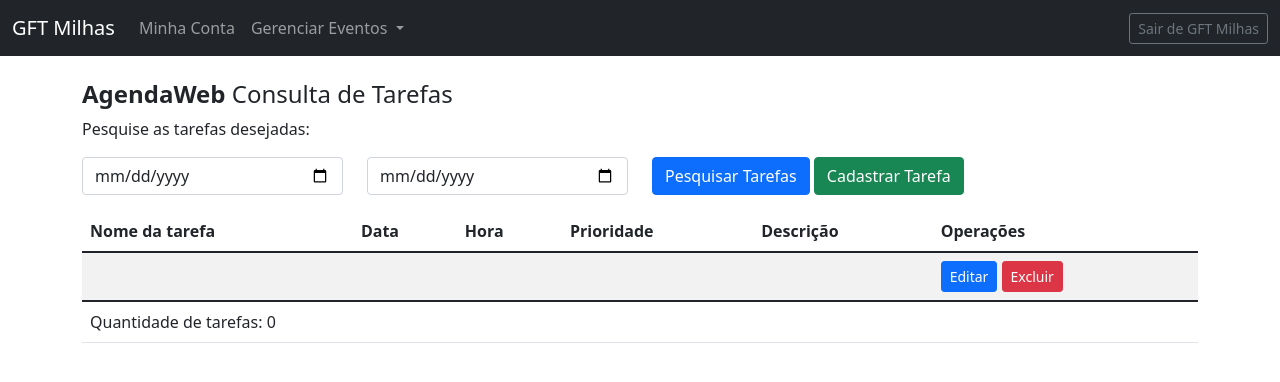
Repository: thamaraamaral/desafio_mvc1
Page: http://localhost/gft-milhas/WEB-INF/views/eventos-consulta.jsp
These files come from the project's save history. The page is drawn as it stood at one moment and after the next save; the edit follows.
The browser window is 1280 px wide. The pictures show the whole page.
The page is served by Tomcat 9. Nobody is signed in. Other server files are loaded and not shown. The template is opened directly, without the code that normally fills it, so the values that code supplies are empty.

Above is the page before, as saved 2022-10-29 14:46:21.

### gft-milhas/src/main/webapp/WEB-INF/views/eventos-consulta.jsp
<%@ page language="java" contentType="text/html; charset=ISO-8859-1"
	pageEncoding="UTF-8"%>
<!DOCTYPE html>
<html>
<head>
<meta charset="UTF-8">
<title>Consulta de Eventos</title>

<link
	href="https://cdn.jsdelivr.net/npm/bootstrap@5.1.3/dist/css/bootstrap.min.css"
	rel="stylesheet" />

</head>
<body>

	<!-- Menu do sistema -->
	<jsp:include page="/WEB-INF/views/components/menu.jsp" />

	<div class="container mt-4">

		<div class="row mb-3">
			<div class="col-md-6">
				<h4>
					<strong>AgendaWeb</strong> Consulta de Tarefas
				</h4>
				Pesquise as tarefas desejadas:
			</div>
			<div class="col-md-6 text-end">
				<div class="mt-2">
					<strong>${mensagem}</strong>
				</div>
			</div>
		</div>

		<form class="mb-3">

			<div class="row">
				<div class="col-md-3">
					<input type="date" class="form-control" />
				</div>
				<div class="col-md-3">
					<input type="date" class="form-control" />
				</div>
				<div class="col-md-6">

					<input type="submit" class="btn btn-primary"
						value="Pesquisar Tarefas" /> <a href="/agendaweb/tarefas-cadastro"
						class="btn btn-success"> Cadastrar Tarefa </a>
				</div>
			</div>

		</form>

		<table class="table table-hover table-striped">
			<thead>
				<tr>
					<th>Nome da tarefa</th>
					<th>Data</th>
					<th>Hora</th>
					<th>Prioridade</th>
					<th>Descrição</th>
					<th>Operações</th>
				</tr>
			</thead>
			<tbody>
				<tr>
					<td></td>
					<td></td>
					<td></td>
					<td></td>
					<td></td>
					<td><a href="/agendaweb/tarefas-edicao"
						class="btn btn-primary btn-sm"> Editar </a> <a href="#"
						class="btn btn-danger btn-sm"> Excluir </a></td>
				</tr>
			</tbody>
			<tfoot>
				<tr>
					<td colspan="6">Quantidade de tarefas: 0</td>
				</tr>
			</tfoot>
		</table>

	</div>

	<!-- JS do bootstrap -->
	<script
		src="https://cdn.jsdelivr.net/npm/bootstrap@5.1.3/dist/js/bootstrap.bundle.min.js"></script>

</body>
</html>

### gft-milhas/src/main/webapp/WEB-INF/views/components/menu.jsp
<nav class="navbar navbar-expand-lg navbar-dark bg-dark">
  <div class="container-fluid">
    <a class="navbar-brand" href="#">GFT Milhas</a>
    <button class="navbar-toggler" type="button" data-bs-toggle="collapse" data-bs-target="#navbarSupportedContent" aria-controls="navbarSupportedContent" aria-expanded="false" aria-label="Toggle navigation">
      <span class="navbar-toggler-icon"></span>
    </button>
    <div class="collapse navbar-collapse" id="navbarSupportedContent">
      <ul class="navbar-nav me-auto mb-2 mb-lg-0">
        <li class="nav-item">
          <a class="nav-link" href="#">Minha Conta</a>
        </li>
        <li class="nav-item dropdown">
          <a class="nav-link dropdown-toggle" href="#" id="navbarDropdown" role="button" data-bs-toggle="dropdown" aria-expanded="false">
            Gerenciar Eventos
          </a>
          <ul class="dropdown-menu" aria-labelledby="navbarDropdown">
            <li><a class="dropdown-item" href="/gft-milhas/eventos-cadastro">Cadastrar Eventos</a></li>
            <li><a class="dropdown-item" href="/gft-milhas/eventos-consulta">Consultar Eventos</a></li>
          </ul>
        </li>
      </ul>
      <form class="d-flex">

		<div class="text-white">

			<a href="/gft-milhas/logout" class="btn btn-outline-secondary btn-sm"
				onclick="return confirm('Deseja realmente encerrar sua sessão?');">
				Sair de GFT Milhas
			</a>

		</div>

      </form>
    </div>
  </div>
</nav>

After the next save:
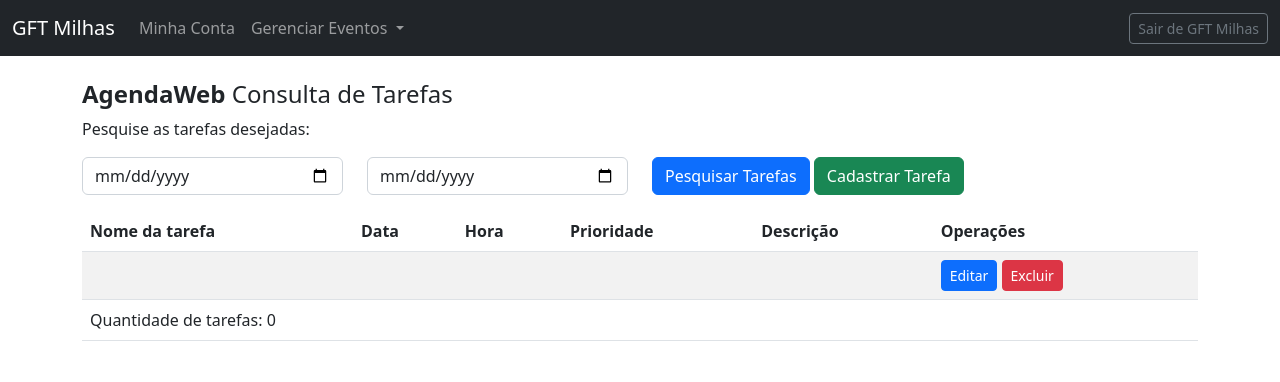
Saved 21 s later.
--- a/gft-milhas/src/main/webapp/WEB-INF/views/eventos-consulta.jsp
+++ b/gft-milhas/src/main/webapp/WEB-INF/views/eventos-consulta.jsp
@@ -6,8 +6,9 @@
 <meta charset="UTF-8">
 <title>Consulta de Eventos</title>
 
+<!-- CSS only -->
 <link
-	href="https://cdn.jsdelivr.net/npm/bootstrap@5.1.3/dist/css/bootstrap.min.css"
+	href="https://cdn.jsdelivr.net/npm/bootstrap@5.2.2/dist/css/bootstrap.min.css"
 	rel="stylesheet" />
 
 </head>
@@ -44,8 +45,9 @@
 				<div class="col-md-6">
 
 					<input type="submit" class="btn btn-primary"
-						value="Pesquisar Tarefas" /> <a href="/agendaweb/tarefas-cadastro"
-						class="btn btn-success"> Cadastrar Tarefa </a>
+						value="Pesquisar Tarefas" /> <a
+						href="/agendaweb/tarefas-cadastro" class="btn btn-success">
+						Cadastrar Tarefa </a>
 				</div>
 			</div>
 
